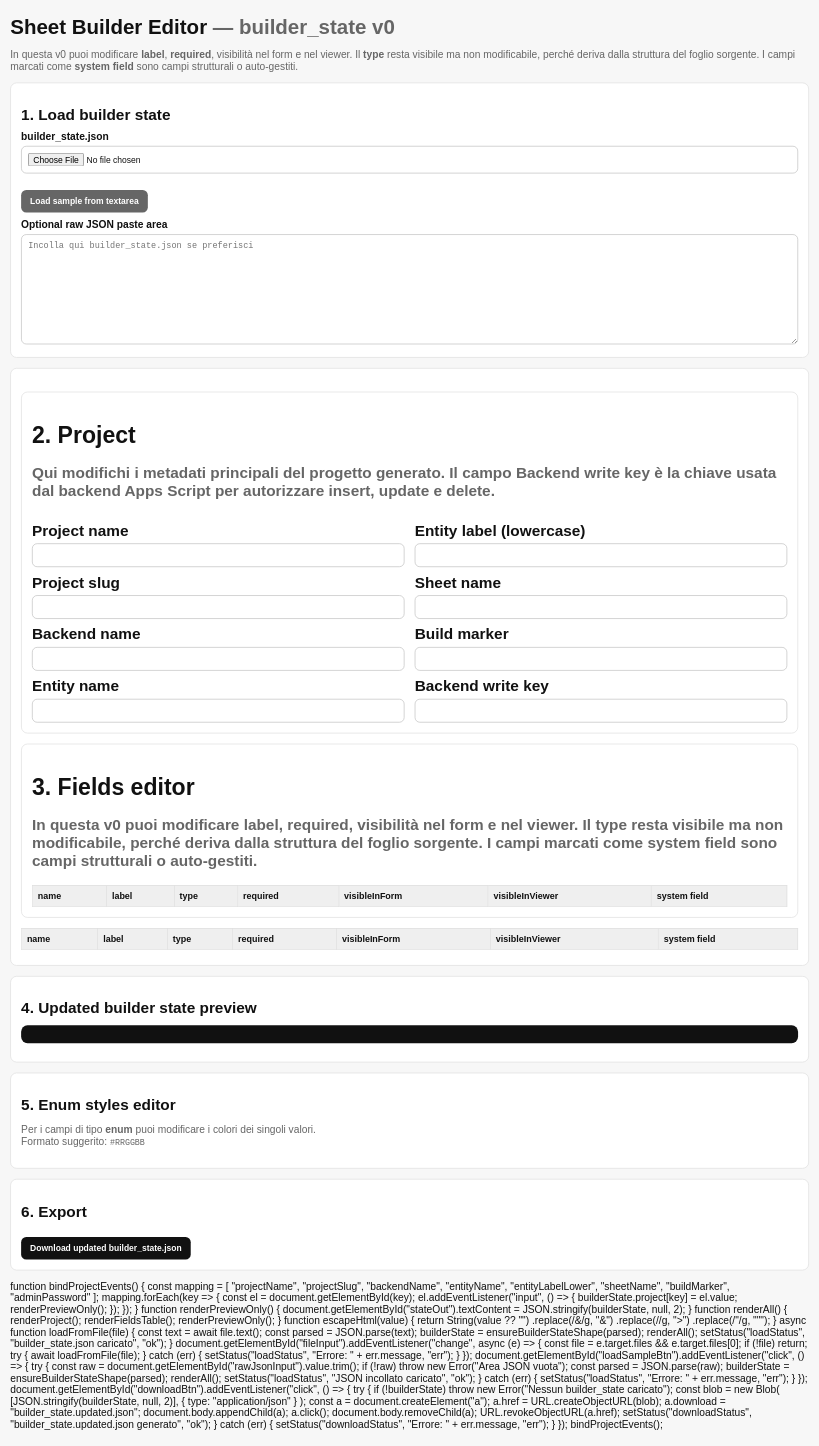
Repository: progettazionemauro/sheets.builder
Page: docs/builder.html
An editor plug-in stored every save of this project. The page is shown before and after the next save, followed by the edit.
The browser window is 1280 px wide. The pictures show the whole page, at 64% of full size.

Above is the page before, as saved 2026-04-14 05:00:00.

After the next save:
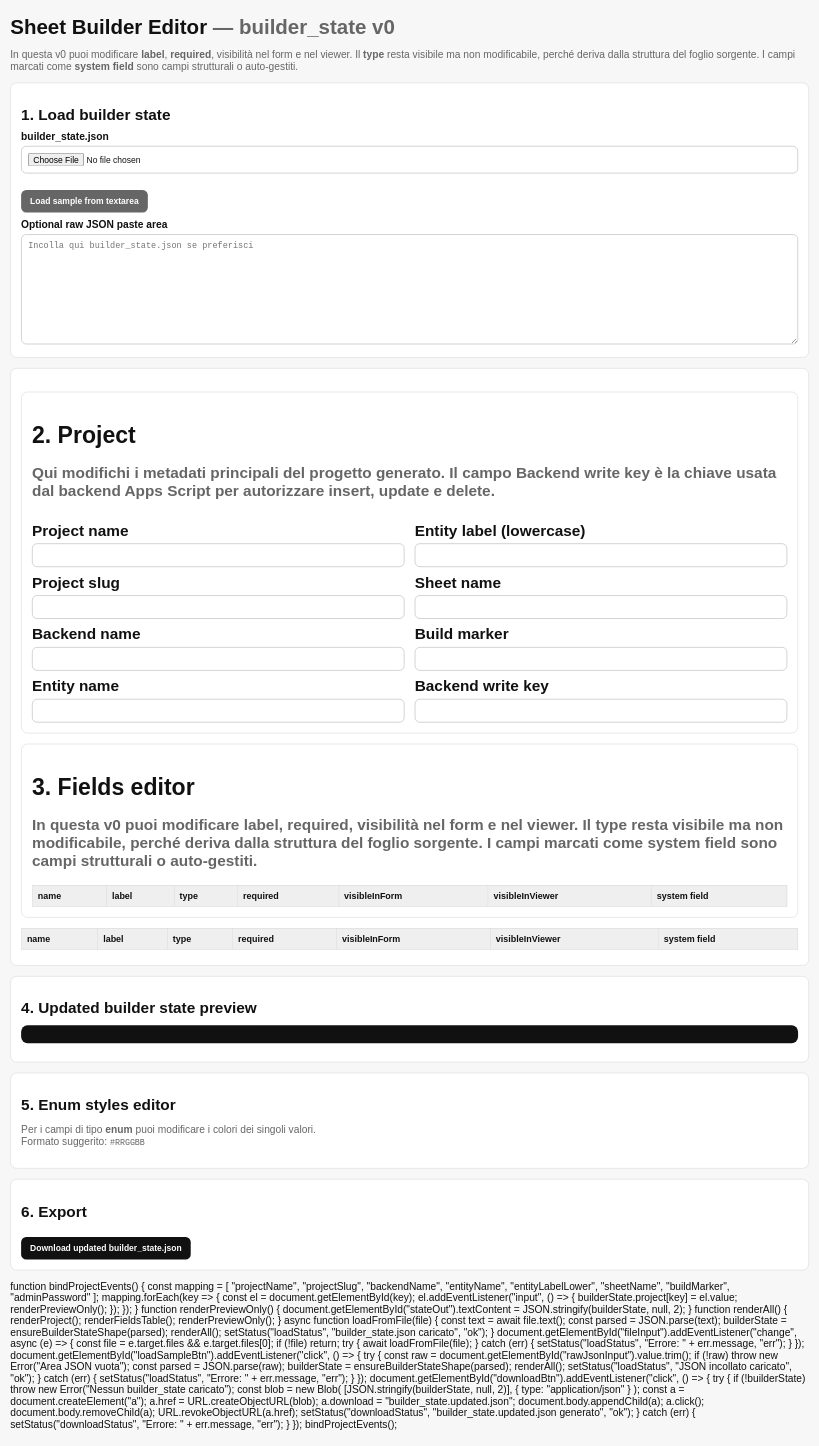
Saved 13 s later.
--- a/docs/builder.html
+++ b/docs/builder.html
@@ -732,13 +732,7 @@
     renderPreviewOnly();
   }
 
-  function escapeHtml(value) {
-    return String(value ?? "")
-      .replace(/&/g, "&amp;")
-      .replace(/</g, "&lt;")
-      .replace(/>/g, "&gt;")
-      .replace(/"/g, "&quot;");
-  }
+
 
   async function loadFromFile(file) {
     const text = await file.text();
